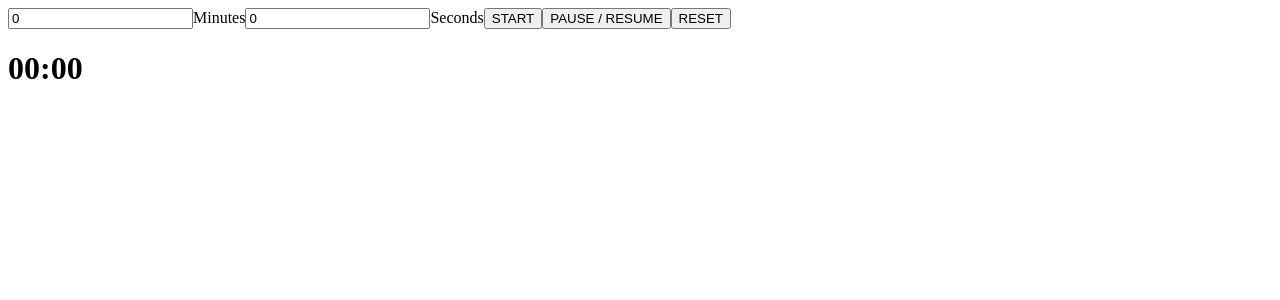
Repository: mariocapitbrok/set-interval-js-timer
Page: /
These files come from the project's save history. The page is drawn as it stood at one moment and after the next save; the edit follows.
The browser window is 1280 px wide. The pictures show the whole page.
The project was rebuilt for these pictures with package versions that can differ from the ones it lists, and the page was loaded fresh each time.

Above is the page before, as saved 2022-07-21 12:25:12.

After the next save:
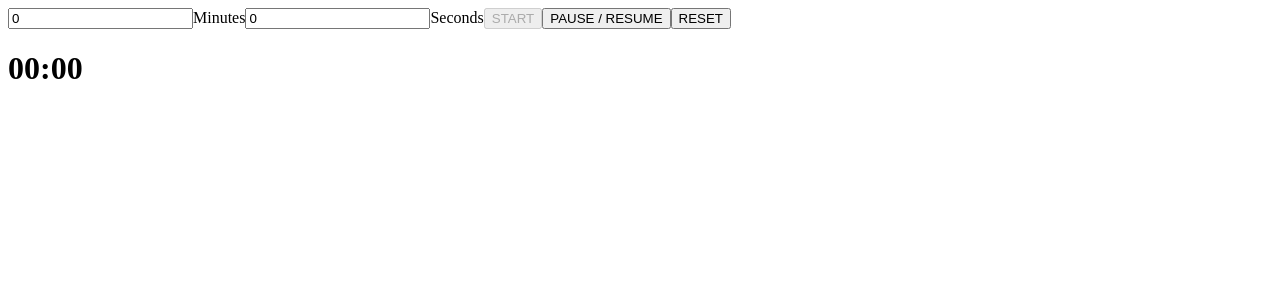
Saved 34 s later.
--- a/src/components/solution.jsx
+++ b/src/components/solution.jsx
@@ -137,7 +137,9 @@ function Solution() {
         Seconds
       </label>
 
-      <button onClick={startTimer}>START</button>
+      <button onClick={startTimer} disabled={!time ? true : false}>
+        START
+      </button>
       <button onClick={pauseTimer}>PAUSE / RESUME</button>
       <button onClick={resetTimer}>RESET</button>
 
